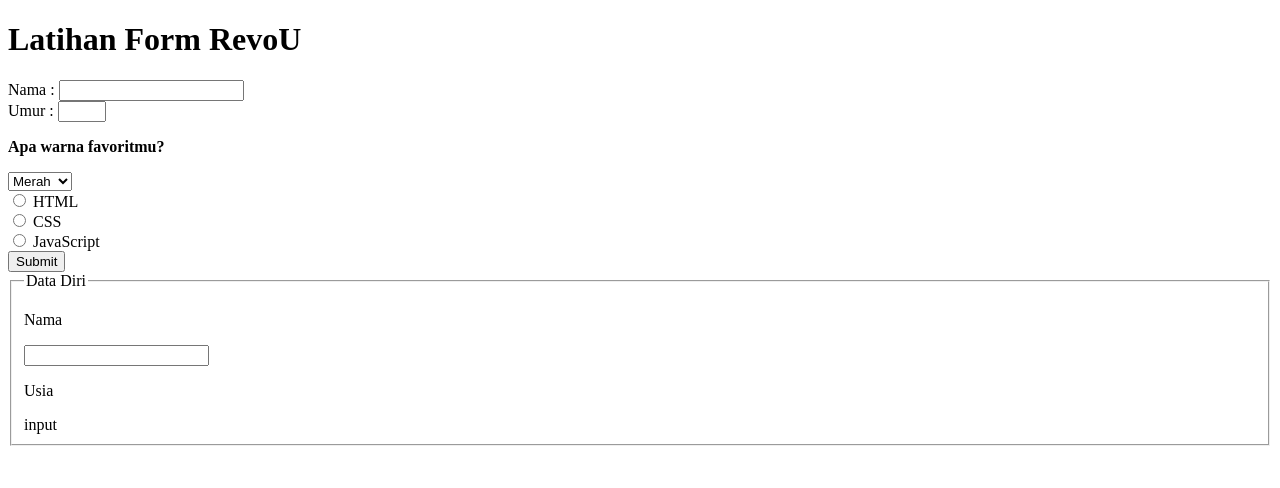
Repository: esramrsln/day2_RevoU
Page: form.html
An editor plug-in stored every save of this project. The page is shown before and after a run of saves, followed by the edit.
The browser window is 1280 px wide. The pictures show the whole page.

Above is the page before, as saved 2024-07-23 21:42:45.

### form.html
<!DOCTYPE html>
<html>
<head>
    <meta charset="UTF-8" />
    <title>Membuat Form sederhana</title>
</head>
<body>
    <h1>Latihan Form RevoU</h1>
    <form action="https://search.yahoo.com/search?d=%7b%22dn%22%3a%22yk%22%2c%22subdn%22%3a%22company%22%2c%22ykid%22%3a%225929ee1f-b3d5-4187-90c2-a7bf3ccba9d0%22%7d&fr2=p%3ads%2cv%3aomn%2cm%3asa%2cbrws%3achrome%2cpos%3a1&fr=mcafee&type=E211US714G0&p=Google" method="post">
        <label for="name">Nama :</label>
        <input id="name" type="text"/>
        <br>
        <label for="umur">Umur :</label>
        <input id="umur" type="number" min="1" max="9">
        <p><b> Apa warna favoritmu?</b></p>
        <select name="" id="">
            <option value="">Merah</option>
            <option value="">Kuning</option>
            <option value="">Hijau</option>
        </select>

        <br>
        <input type="radio" name="fav_language" id="html" value="HTML">
        <label for="html">HTML</label><br>

        <input type="radio" name="fav_language" id="css" value="CSS">
        <label for="html">CSS</label><br>

        <input type="radio" name="fav_language" id="javascript" value="JavaScript">
        <label for="html">JavaScript</label><br>

        <input type="Submit" value="Submit">

    </form>


    <fieldset>
        <legend>Data Diri</legend>
        <p><label for="nama">Nama</label></p>
           <input type="text" name="nama">
        <p><label for="usia">Usia</label></p>
        input
    </fieldset>
</body>
</html>

After the next 3 saves:
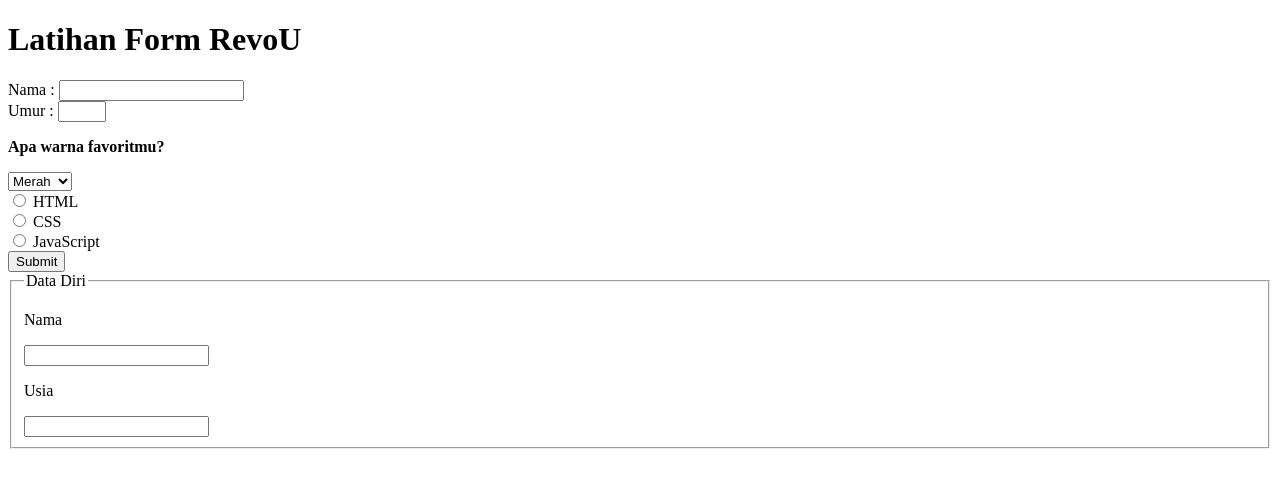
The 3 saves are shown as one change because they came seconds apart.
The last was saved 6 s later.
--- a/form.html
+++ b/form.html
@@ -39,7 +39,7 @@
         <p><label for="nama">Nama</label></p>
            <input type="text" name="nama">
         <p><label for="usia">Usia</label></p>
-        input
+        <input type="text">
     </fieldset>
 </body>
 </html>
